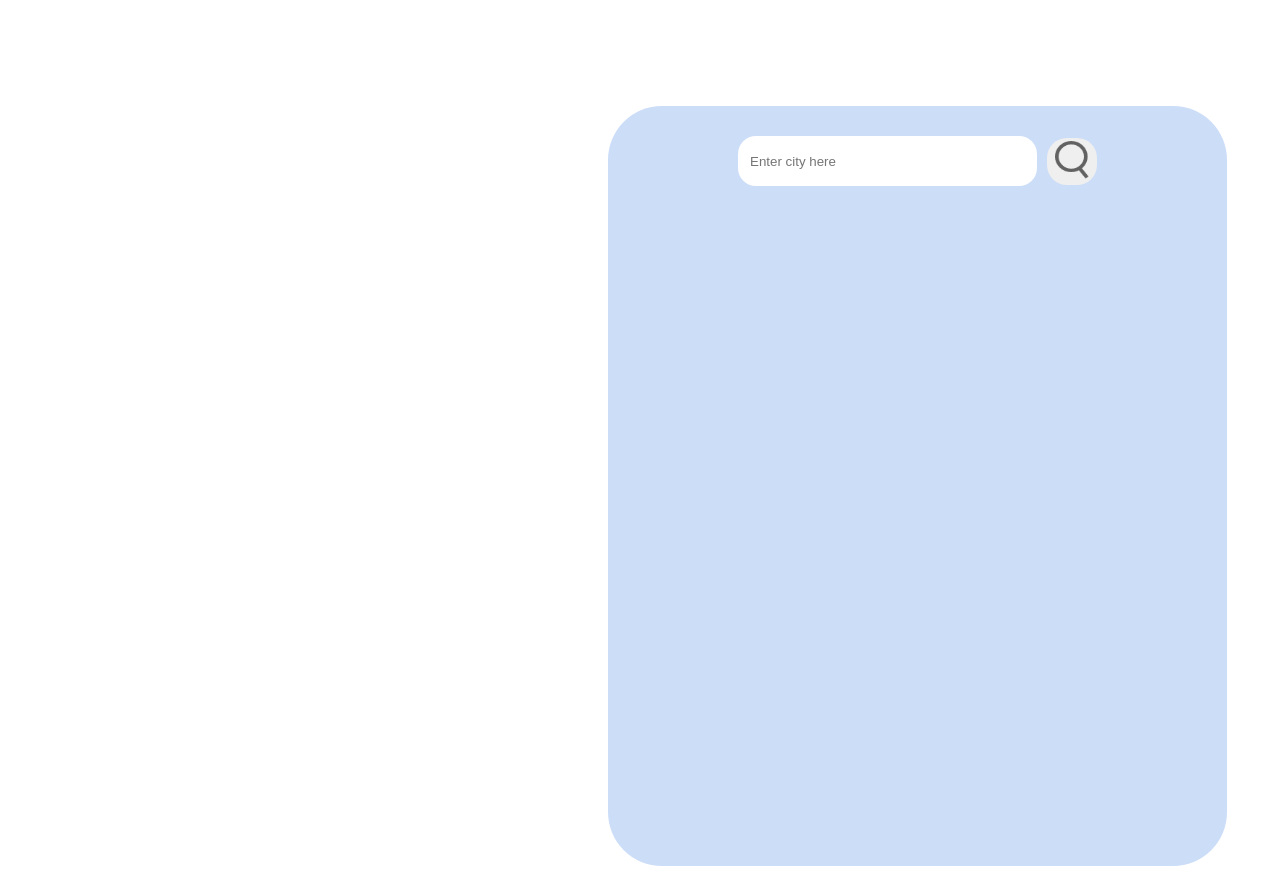
Repository: WajihaGul/Javascripts-Projects
Page: WEATHER APP/index.html
An editor plug-in stored every save of this project. The page is shown before and after the next save, followed by the edit.
The browser window is 1280 px wide. The pictures show the whole page.

Above is the page before, as saved 2024-06-07 20:30:04.

### WEATHER APP/index.html
<!DOCTYPE html>
<html>
<head>
    <meta charset="utf-8">
    <meta http-equiv="X-UA-Compatible" content="IE=edge">
    <title>Weather App</title>
    <meta name="description" content="">
    <meta name="viewport" content="width=device-width, initial-scale=1">
    <link rel="stylesheet" href="./style.css">
</head>
<body>
    <div class="MainDiv">
        <div class="SearchDiv">
            <input type="search" class="SearchInput" placeholder="Enter city here">
            <button class="SearchLogo"><img src="/images/search.png" class="btnimg" alt="SearchLogo"></button>
        </div>
    </div>

        <div class="SecDiv">
            <div class="weather">
                <img src="./images/clear.png" alt="weather here">
            </div>
            <div class="temperature">
                <h1>22°C</h1>
            </div>
            <div class="cityName">
                <h1>Lahore</h1>
            </div>
            <div class="humidityAndWindSpeed">
                <div class="humidity">
                    <img src="./images/humidity.png" alt="">
                    <h1>53%</h1>
                    <h2>Humidity</h2>
                </div>
                <div class="windSpeed">
                    <img src="./images/wind.png" alt="">
                    <h1>5.66 km/h</h1>
                    <h2>Wind Speed</h2>
                </div>
            </div>
        </div>

    <script>
        const APIkey= "https://api.openweathermap.org/data/2.5/weather?&units=metric";
        const Appid="6348a586aa1ef3c18b76814239e3158a";
        const weatherLogo = document.querySelector(".weather img");
        const SearchBar = document.querySelector(".SearchInput");
        const SearchButton = document.querySelector(".SearchLogo");

        async function checkWeather(city) {
            const response = await fetch(`${APIkey}&q=${city}&appid=${Appid}`);
            var data = await response.json();
            console.log(data);

            document.querySelector(".temperature h1").innerHTML = Math.round(data.main.temp) + " °C";
            document.querySelector(".cityName h1").innerHTML = data.name;
            document.querySelector(".windSpeed h1").innerHTML = data.wind.speed + " km/h";
            document.querySelector(".humidity h1").innerHTML = data.main.humidity + " %";



         if(data.weather[0].main=="Smoke"){
              weatherLogo.src= "./images/mist.png";
          }
         else if(data.weather[0].main=="Clouds"){
              weatherLogo.src= "./images/clouds.png";
          }
          else if(data.weather[0].main=="Rain"){
              weatherLogo.src= "./images/rain.png";
          }
         else if(data.weather[0].main=="Drizzle"){
              weatherLogo.src= "./images/drizzle.png";
         }
        else{
            weatherLogo.src= "./images/clear.png";
        }

    }

        SearchButton.addEventListener("click", () => {
            checkWeather(SearchBar.value);
        });

    </script>
</body>
</html>

### WEATHER APP/style.css
.MainDiv{
    background-color: rgb(154 187 241 / 50%);
    width: 559px;
    margin-top: 106px;
    /* margin-bottom: 106px; */
    border-radius: 54px;
    height: 700px;
    padding: 30px;
    margin-left:600px;
    margin-right: 600px;
}
 .SearchInput{
    width: 303px;
    height: 50px;
    border-radius: 18px;
    padding: 10px;
    border-color: transparent;
    margin-right: 10px;
}
.SearchDiv{
    display: flex;
    flex-direction: row;
    align-items: center;
    margin: 0 auto;
    margin-left: 100px;
    margin-right: 100px;
}
.SecDiv{
    display: none;
}
.btnimg{
    height: 38px;
    width: 34px;
}
.SearchLogo{
    border-color: transparent;
    border-radius: 20px;
    cursor: pointer;
}
.temperature h1{
    display: flex;
    align-items: center;
    justify-content: center;
    font-size: 64px;

}
.weather img{
    display: flex;
    margin: 0 auto;

}
.cityName h1{
    display: flex;
    align-items: center;
    justify-content: center;
    font-size: 30px;
    margin-top: -50px;
    padding: 10px;
}
.humidityAndWindSpeed {
    display: flex;
    justify-content: space-around;
    align-items: center;
    margin-top: 20px;
}

.humidity,
.windSpeed {
    display: flex;
    flex-direction: column;
    align-items: center;
    text-align: center; /* Center text */
}

.humidity img,
.windSpeed img {
    margin-bottom: 10px; /* Adjust as needed */
    width: 50px; /* Adjust as needed */
    height: auto; /* Maintain aspect ratio */
}

.humidity h1,
.windSpeed h1 {
    font-size: 30px;
    margin: 0 auto;
}

.humidity h2,
.windSpeed h2 {
    font-size: 30px;
    margin: 0 auto;
    padding-top: 20px;
}

After the next save:
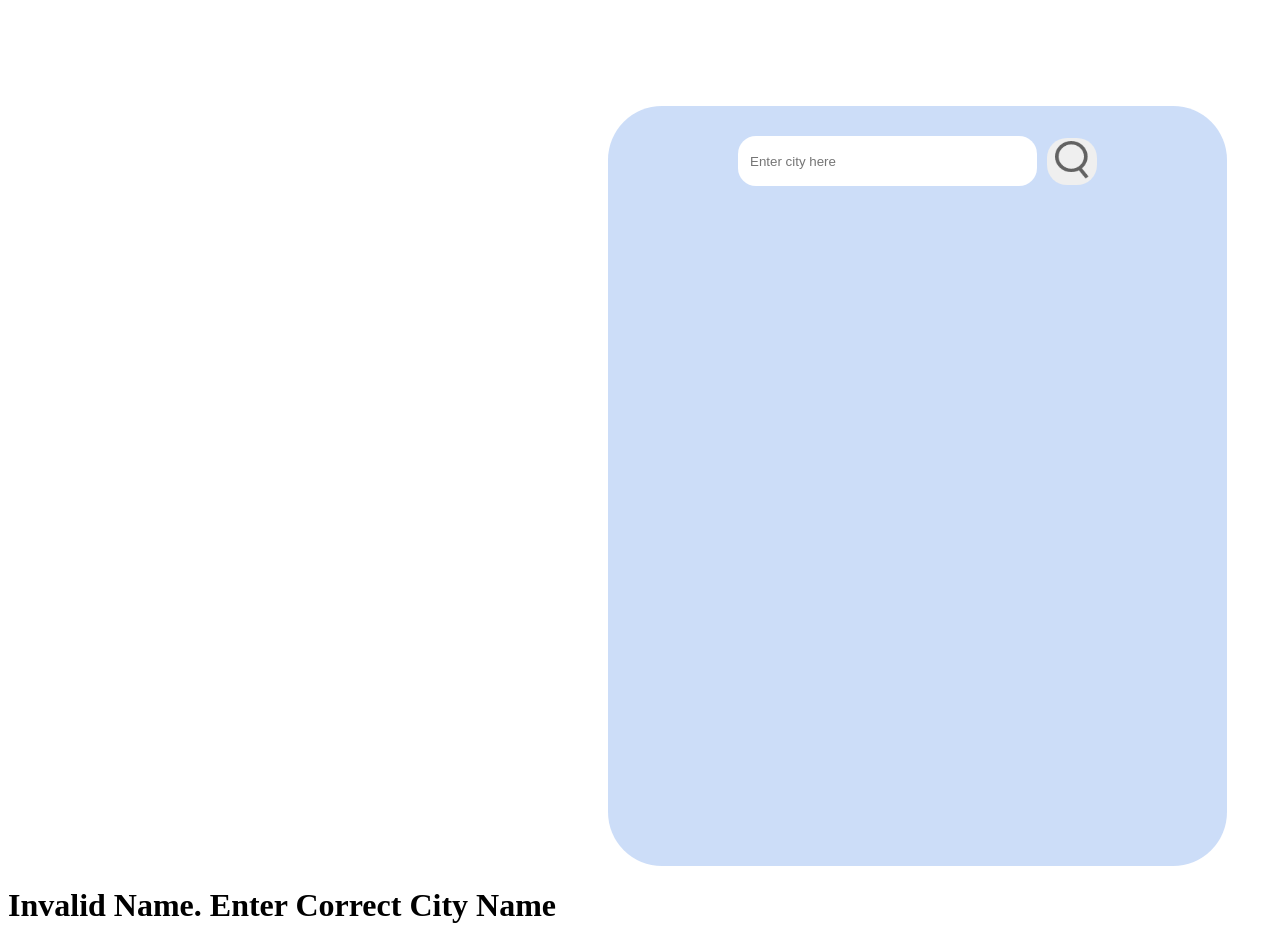
Saved 3 min 10 s later.
--- a/WEATHER APP/index.html
+++ b/WEATHER APP/index.html
@@ -15,7 +15,9 @@
             <button class="SearchLogo"><img src="/images/search.png" class="btnimg" alt="SearchLogo"></button>
         </div>
     </div>
-
+    <div class="error">
+        <h1>Invalid Name. Enter Correct City Name</h1>
+    </div>
         <div class="SecDiv">
             <div class="weather">
                 <img src="./images/clear.png" alt="weather here">
